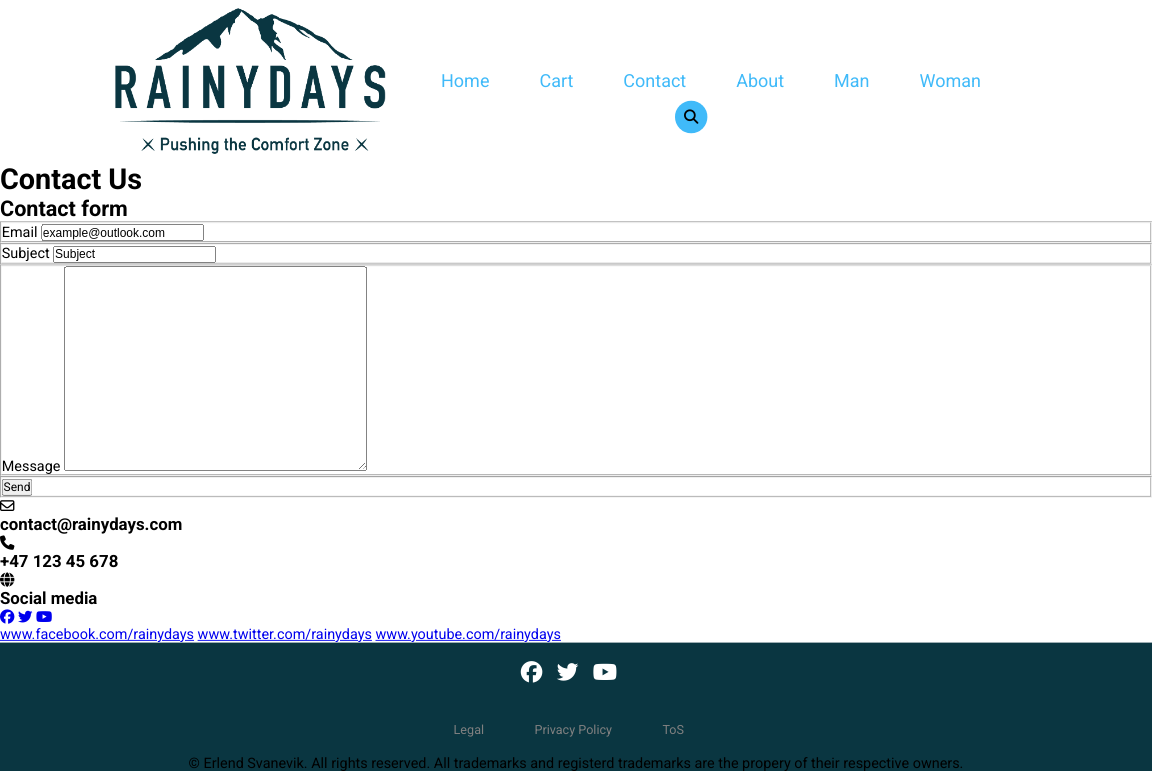
Repository: EpleWasTaken/RainyDays
Page: contact.html
These files come from the project's save history. The page is drawn as it stood at one moment and after the next save; the edit follows.
The browser window is 1280 px wide. The pictures show the whole page, at 90% of full size.
Some web libraries are served in a nearby version.

Above is the page before, as saved 2020-10-31 16:57:35.

### contact.html
<!DOCTYPE html>
<html lang="en">

<head>
  <title>Front Page</title>
  <meta charset="UTF-8">
  <meta name="viewport" content="width=device-width, initial-scale=1.0" />
  <link rel="stylesheet" href="https://fonts.googleapis.com/css2?family=Roboto:wght@400;700&display=swap" />
  <link rel="stylesheet" href="/css/styles.css" />
  <link rel="stylesheet" href="/css/footer.css" />
  <script src="https://kit.fontawesome.com/cafca22d75.js" crossorigin="anonymous"></script>
</head>

<body>
  <header>
    <div class="logo-container">
      <img src="./images/RainyDays_Logo.png" class="logo" alt="logo">
    </div>

    <nav>
      <ul class="nav-links">
        <li><a class="nav-link" href="index.html">Home</a></li>
        <li><a class="nav-link" href="cart.html">Cart</a></li>
        <li><a class="nav-link" href="contact.html">Contact</a></li>
        <li><a class="nav-link" href="about.html">About</a></li>
        <li><a class="nav-link" href="man.html">Man</a></li>
        <li><a class="nav-link" href="woman.html">Woman</a></li>
      </ul>
    </nav>
    <div class="search-box">
      <input class="search-txt" type="text" name="" placeholder="Type to search..." <a class="search-btn" href="#0">
      <i class="fas fa-search"></i>
      </a>
    </div>
  </header>
  <main>
    <h1>Contact Us</h1>
    <section class="contact-container">
      <section class="contact-form">
        <h2>Contact form</h2>
        <form action="submit.php" method="GET">
          <fieldset class="email">
            <label for="email">Email</label>
            <input type="email" name="email" placeholder="example@outlook.com">
          </fieldset>
          <fieldset class="subject">
            <label for="subject">Subject</label>
            <input type="subject" name="subject" placeholder="Subject">
          </fieldset>
          <fieldset class="message">
            <label for="message">Message</label>
            <textarea name="message" id="message" cols="40" rows="15"></textarea>
          </fieldset>
          <fieldset class="submit">
            <button class="btn-submit">Send</button>
          </fieldset>
        </form>
    </section>
    <section class="other-contacts">
      <div class="email">
        <i class="far fa-envelope"></i>
        <h3>contact@rainydays.com</h3>
      </div>
      <div class="phone">
        <i class="fas fa-phone"></i>
        <h3>+47 123 45 678</h3>
      </div>
      <div class="social-media">
        <i class="fas fa-globe"></i>
        <h3>Social media</h3>
        <div class="social-media-icons">
          <a href="#0"><i class="fab fa-facebook"></i></a>
          <a href="#0"><i class="fab fa-twitter"></i></a>
          <a href="#0"><i class="fab fa-youtube"></i></a>
        </div>
      </div>
      <div class="social-media-links">
        <a href="#0">www.facebook.com/rainydays</a>
        <a href="#0">www.twitter.com/rainydays</a>
        <a href="#0">www.youtube.com/rainydays</a>
      </div>
    </section>
  </main>
  <footer class="footer">
    <div class="footer-container">
      <ul class="footer-social">
        <li>
          <a href="#0" class="facebook"><i class="fab fa-facebook"></i></a>
        </li>
        <li>
          <a href="#0" class="twitter"><i class="fab fa-twitter"></i></a>
        </li>
        <li>
          <a href="#0" class="youtube"><i class="fab fa-youtube"></i></a>
        </li>
      </ul>
    </div>
    <div class="footer-container">
      <div class="footer-legal">
        <a href="#0">Legal</a>
        <a href="#0">Privacy Policy</a>
        <a href="#0">ToS</a>
      </div>
      <div class="footer-copyright">
        &copy; Erlend Svanevik. All rights reserved. All trademarks and registerd trademarks are the propery of
        their respective owners.
      </div>
  </footer>
</body>

</html>

### css/styles.css
* {
	margin: 0;
	padding: 0;
	box-sizing: border-box;
}

body {
	font-family: "Roboto", sans-serif;
}

button {
	font-family: "Roboto", sans-serif;
}

header {
	display: flex;
	width: 80%;
	height: 25vh;
	margin: auto;
	align-items: center;
}

.logo-container,
.nav-links,
.search {
	display: flex;
}

.logo-container {
	flex: 1;
}

.logo {
	width: 300px;
}

nav {
	display: flex;
	flex: 4;
	justify-content: center;
	align-items: center;
	margin: auto;
}

.nav-links {
	justify-content: space-between;
	list-style: none;
	height: 30px;
	align-items: center;
	width: 600px;
}

.nav-link {
	display: flex;
	color: #40baf9;
	font-size: 20px;
	text-decoration: none;
}

.search {
	flex: 1;
	justify-content: flex-end;
}

.presentation {
	display: flex;
	width: 80%;
	margin: auto;
	min-height: 80vh;
	align-items: center;
}

.introduction {
	flex: 1;
}

.slogan-text {
	font-size: 30px;
	font-weight: 500;
	background: linear-gradient(to right, #0a3641, #40baf9);
	-webkit-background-clip: text;
	-webkit-text-fill-color: transparent;
}

.slogan-text p {
	margin: 5px;
	font-size: 22px;
	color: grey;
}

.cta {
	padding: 50px 50px 0px 0px;
}

.cta-col {
	border: 2px solid #0a3641;
	background: transparent;
	color: #0a3641;
	width: 150px;
	height: 50px;
	cursor: pointer;
	font-size: 20px;
}

.cta-view {
	background: #0a3641;
	width: 150px;
	height: 50px;
	cursor: pointer;
	font-size: 20px;
	border: none;
	color: white;
	margin: 30px 0px 0px 30px;
}

.cover {
	flex: 1;
}

.cover img {
	height: 60vh;
}

/* SEARCHBAR */

.search-box {
	position: absolute;
	top: 18%;
	left: 60%;
	transform: translate(-50%, -50%);
	background: #40baf9;
	height: 36px;
	border-radius: 40px;
	padding: 10px;
	display: flex;
	justify-content: center;
	align-items: center;
}

.search-txt {
	border: none;
	background: none;
	outline: none;
	float: left;
	padding: 0;
	color: black;
	font-size: 16px;
	transition: 0.4s;
	line-height: 40px;
	width: 0px;
}

.search-box:hover > .search-txt {
	width: 240px;
	padding: 0 6px;
}

::placeholder {
	color: black;
}

.search-btn {
	color: #0a3641;
	float: right;
	width: 40px;
	height: 40px;
	border-radius: 50%;
}

.search-btn i {
	cursor: pointer;
}

@media screen and (max-width: 1024px) {
	.presentation {
		flex-direction: column;
	}

	.introduction {
		margin-top: 5vh;
		text-align: center;
	}

	.slogan-text h1 {
		font-size: 30px;
	}

	.slogan-text p {
		font-size: 18px;
	}

	.cta {
		padding: 10px 0px 20px 0px;
	}

	.logo {
		width: 270px;
	}

	.search-box {
		top: 18%;
		left: 70%;
		transform: none;
		width: 240px;
	}

	.nav-links {
		width: 400px;
	}
}

### css/footer.css
/* FOOTER */

footer {
	display: flex;
	flex-direction: column;
	justify-content: center;
	align-items: center;
	background-color: #0a3641;
	position: relative;
	bottom: 0;
	left: 0;
	right: 0;
}

.footer-social {
	display: flex;
	align-items: center;
	justify-content: center;
	list-style: none;
	padding: 20px;
	font-size: 1.5rem;
}

.footer-social li {
	margin-right: 1rem;
}

.footer-social a {
	text-decoration: none;
	color: white;
}

.footer-social li a.facebook:hover {
	color: #3b5998;
}

.footer-social li a.twitter:hover {
	color: #00acee;
}

.footer-social li a.youtube:hover {
	color: #c4302b;
}

.footer-legal {
	display: flex;
	justify-content: center;
	align-items: center;
	font-size: 2rem;
}

.footer-legal a {
	color: grey;
	text-decoration: none;
	margin-right: 1rem;
	font-size: 14px;
	padding: 20px;
}

.footer-legal a:hover {
	color: white;
}

.footer-copyright p {
	display: flex;
	text-decoration: none;
	margin-right: 1rem;
	font-size: 14px;
	padding: 20px;
}

/* MEDIA QUERIES */

@media screen and (max-with: 1024px) {
	footer .footer_container {
		flex-direction: row;
	}

	footer .footer_container.flex {
		display: unset;
	}

	.footer-container {
	}
}

### css/contact.css
* {
	margin: 0;
	padding: 0;
	box-sizing: inherit;
}

html {
	font-family: "Roboto", sans-serif;
	box-sizing: border-box;
}

main {
	padding-top: 50px;
	margin-left: 5rem;
	padding-right: 5rem;
}

main h1 {
	background: linear-gradient(to right, #0a3641, #40baf9);
	-webkit-background-clip: text;
	-webkit-text-fill-color: transparent;
	font-size: 2rem;
}

.contact-container {
	display: grid;
	grid-template-columns: 1fr;
	gap: 4rem 2rem;
	margin: 5%;
}

section.contact-container {
	display: flex;
	flex-direction: column;
	justify-content: space-between;
	text-align: center;
	height: 100%;
	padding: 30px;
}

section.contact-container .email,
section.contact-container .subject {
	font-size: 1rem;
}

section.contact-form {
	display: flex;
	flex-direction: column;
	align-items: center;
}

section .subject {
}

fieldset.message label {
}

fieldset {
	width: 100%;
}

@media screen and (max-width: 1024px) {
	.contact-container {
		grid-template-columns: 2fr 3fr;
	}
}

After the next save:
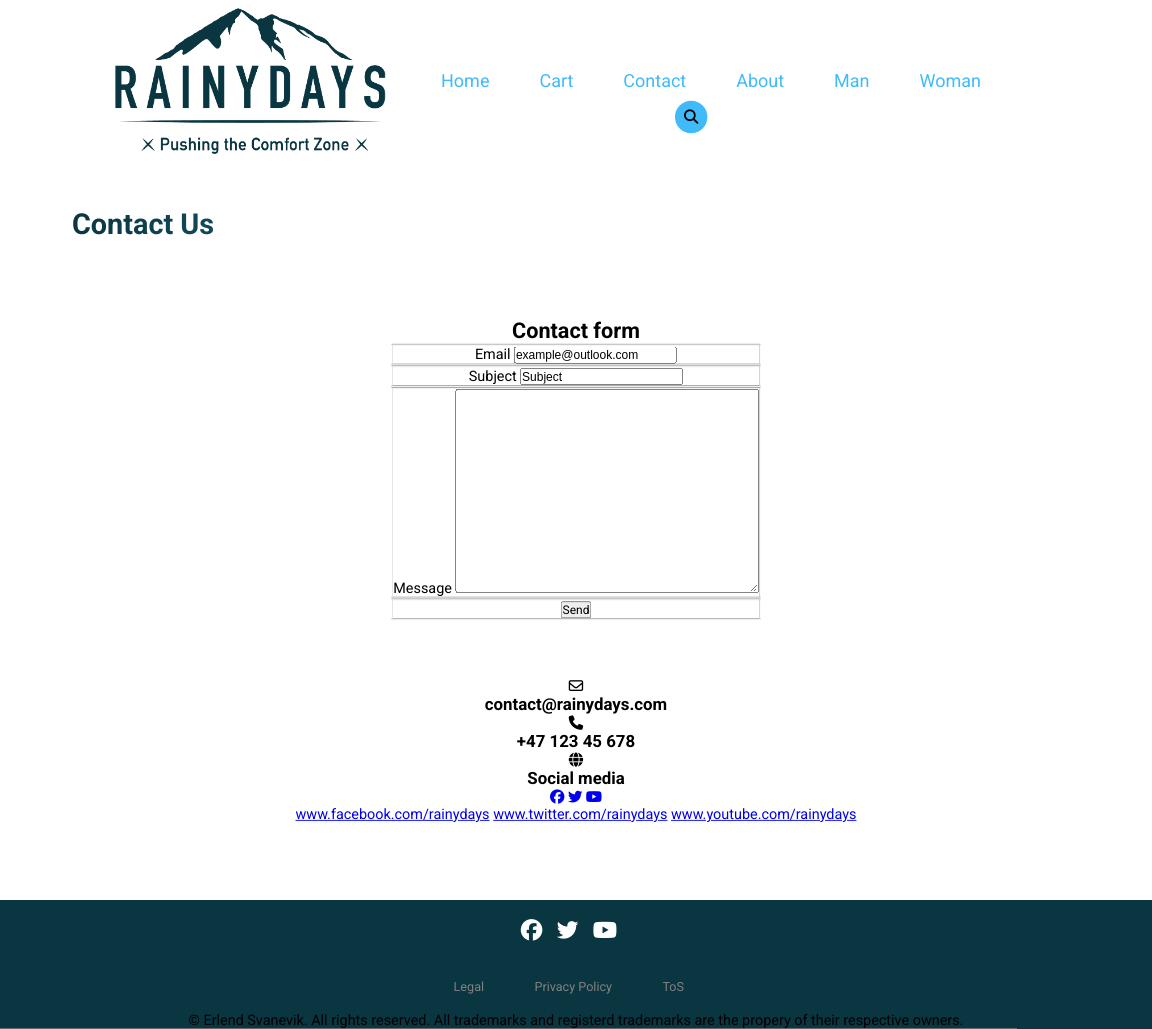
Saved 9 min 21 s later.
--- a/contact.html
+++ b/contact.html
@@ -8,6 +8,7 @@
   <link rel="stylesheet" href="https://fonts.googleapis.com/css2?family=Roboto:wght@400;700&display=swap" />
   <link rel="stylesheet" href="/css/styles.css" />
   <link rel="stylesheet" href="/css/footer.css" />
+  <link rel="stylesheet" href="/css/contact.css" />
   <script src="https://kit.fontawesome.com/cafca22d75.js" crossorigin="anonymous"></script>
 </head>
 
